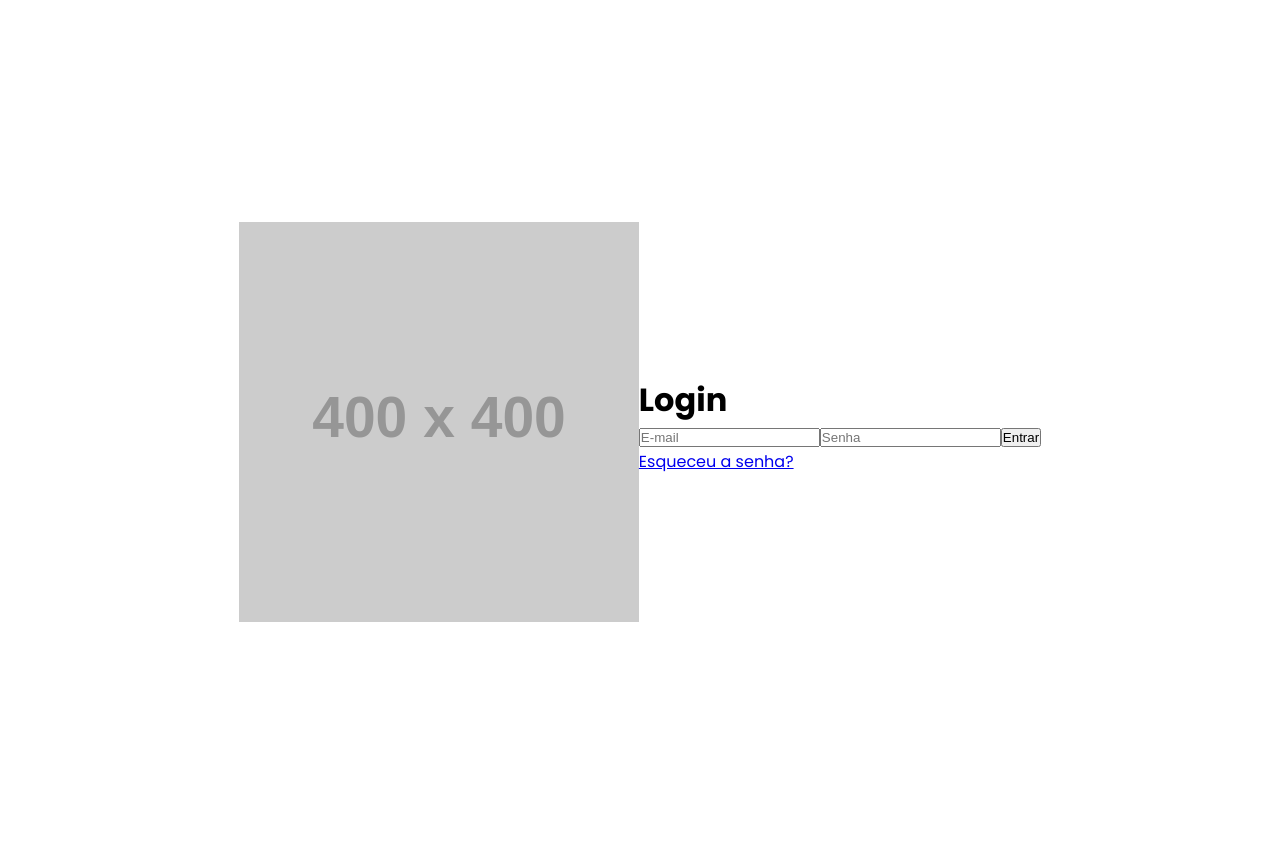
Repository: CCG-web/beeweb
Page: /login
These files come from the project's save history. The page is drawn as it stood at one moment and after the next save; the edit follows.
The browser window is 1280 px wide. The pictures show the whole page.
The project was rebuilt for these pictures with package versions that can differ from the ones it lists, and the page was loaded fresh each time. Also part of the build but not shown: src/components/Home.css, src/components/Home.jsx, src/components/Sobre.css, src/components/Sobre.jsx, src/components/Cards.css, src/components/Cards.jsx, src/components/Team.css, src/components/Team.jsx and 5 more.

Above is the page before, as saved 2023-05-09 22:44:58.

After the next save:
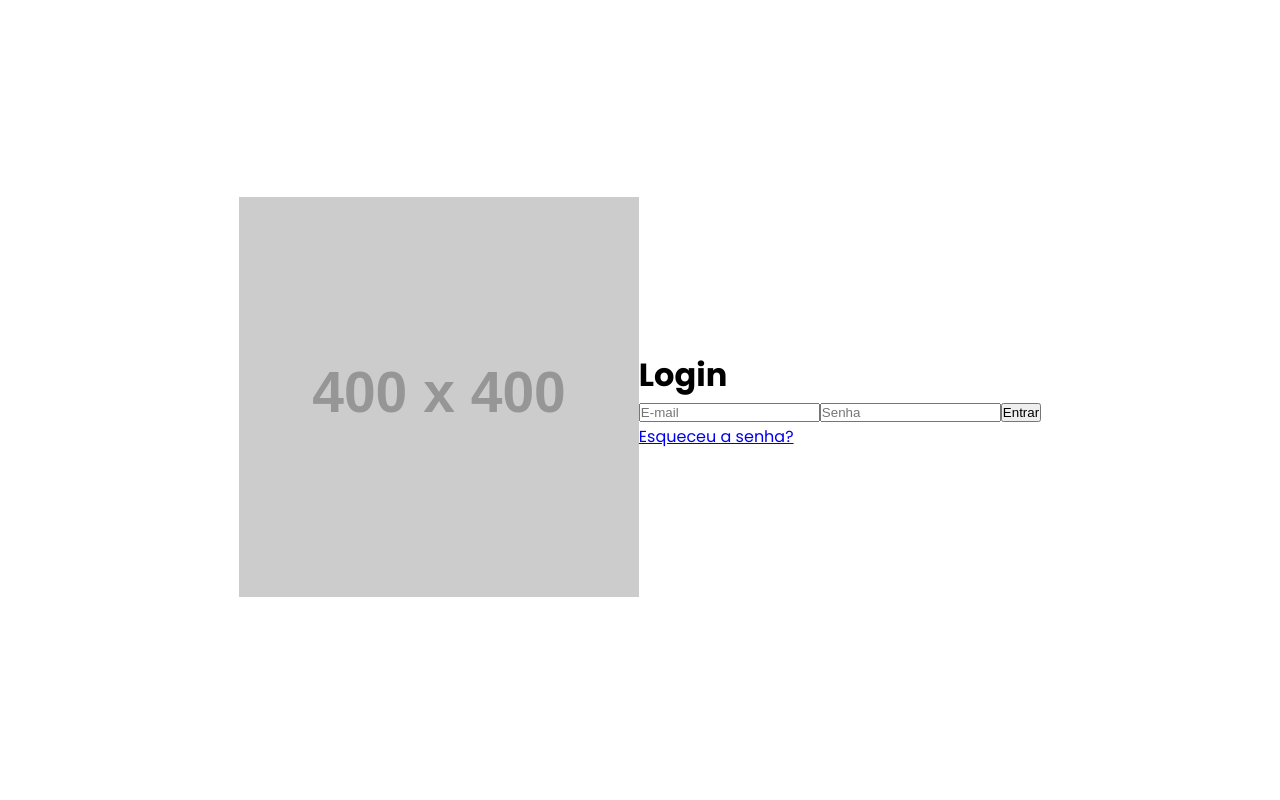
Saved 30 s later.
--- a/src/routes/Login.css
+++ b/src/routes/Login.css
@@ -1,6 +1,6 @@
 .row{
     width: 100%;
-    height: 850px;
+    height: 800px;
 display: flex;
 justify-content: center;
 align-items: center;
